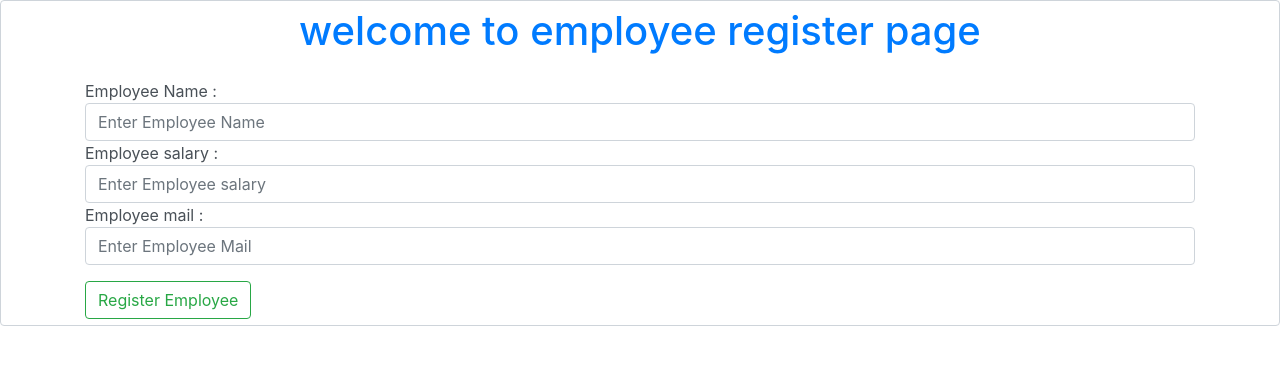
Repository: lokeshsukhwal/EmployeeMiniProject
Page: http://localhost/EmployeeEdit
These files come from the project's save history. The page is drawn as it stood at one moment and after the next save; the edit follows.
The browser window is 1280 px wide. The pictures show the whole page.
The page is this project's Thymeleaf template; nobody is signed in. The template is opened directly, without the code that normally fills it, so the values that code supplies are empty.

Above is the page before, as saved 2023-01-16 12:06:15.

### SpringBootMvc-ThymeleafMySqlCrudMiniProject/src/main/resources/templates/EmployeeEdit.html
<!DOCTYPE html>
<html>
<head>
<meta charset="ISO-8859-1">
<title>Employee register page</title>
<link rel="stylesheet"
	href="https://cdn.jsdelivr.net/npm/bootstrap@4.0.0/dist/css/bootstrap.min.css"
	integrity="sha384-Gn5384xqQ1aoWXA+058RXPxPg6fy4IWvTNh0E263XmFcJlSAwiGgFAW/dAiS6JXm"
	crossorigin="anonymous">
</head>
<body>
<div class="form-control">
	<h1 class=" text-primary text-center">welcome to employee register page</h1>
	<div class="container">
		<form action="save" method="post" class="mt-4">
			Employee Name : <input type="text" name="empName"
				class="form-control" placeholder="Enter Employee Name">
			Employee salary : <input type="text" name="empSalary"
				class="form-control" placeholder="Enter Employee salary">
			Employee mail : <input type="email" name="empMail"
				class="form-control" placeholder="Enter Employee Mail">

		<button type="button" class="btn btn-outline-success mt-3">Register Employee</button>

		</form>
	</div>
	</div>

</body>
</html>

After the next save:
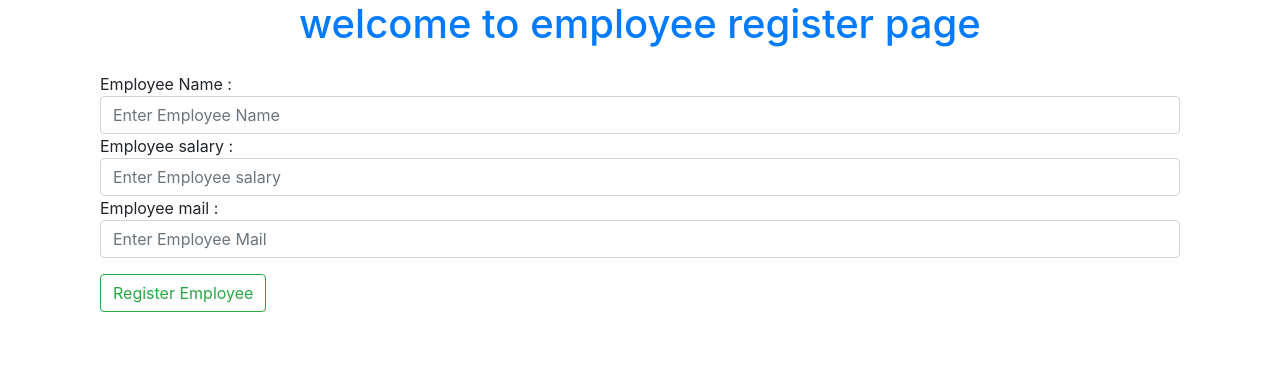
Saved 13 s later.
--- a/SpringBootMvc-ThymeleafMySqlCrudMiniProject/src/main/resources/templates/EmployeeEdit.html
+++ b/SpringBootMvc-ThymeleafMySqlCrudMiniProject/src/main/resources/templates/EmployeeEdit.html
@@ -9,7 +9,7 @@
 	crossorigin="anonymous">
 </head>
 <body>
-<div class="form-control">
+<div class="container">
 	<h1 class=" text-primary text-center">welcome to employee register page</h1>
 	<div class="container">
 		<form action="save" method="post" class="mt-4">
